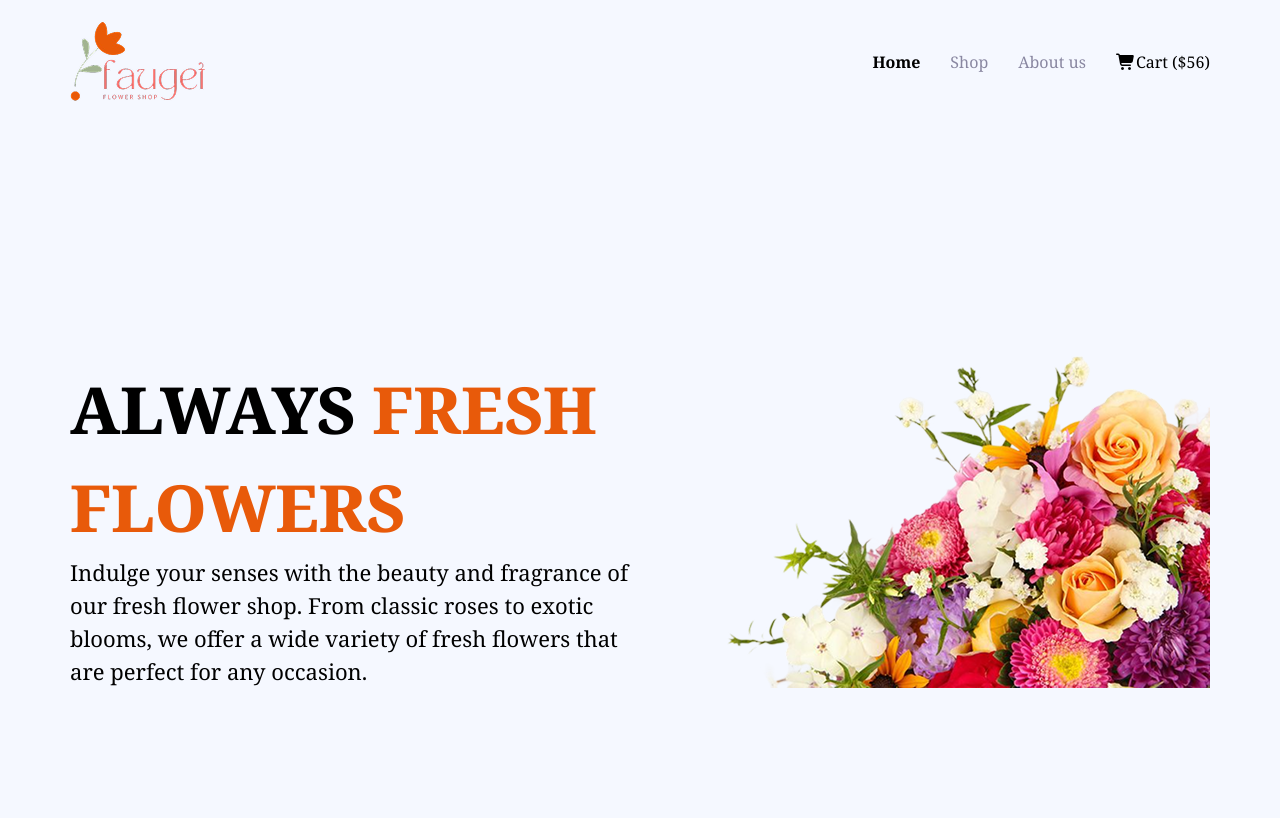
Repository: nahid-hasann/website-7
Page: index.html
An editor plug-in stored every save of this project. The page is shown before and after the next save, followed by the edit.
The browser window is 1280 px wide. The pictures show the whole page.
Some web libraries are served in a nearby version.

Above is the page before, as saved 2025-07-23 23:17:44.

### index.html
<!DOCTYPE html>
<html lang="en">
<head>
    <meta charset="UTF-8">
    <meta name="viewport" content="width=device-width, initial-scale=1.0">
     <script src="https://cdn.jsdelivr.net/npm/@tailwindcss/browser@4"></script>
    <title> website-7 </title>
    <link rel="stylesheet" href="style.css">
    <link rel="stylesheet" href="https://cdnjs.cloudflare.com/ajax/libs/font-awesome/7.0.0/css/all.min.css" integrity="sha512-DxV+EoADOkOygM4IR9yXP8Sb2qwgidEmeqAEmDKIOfPRQZOWbXCzLC6vjbZyy0vPisbH2SyW27+ddLVCN+OMzQ==" crossorigin="anonymous" referrerpolicy="no-referrer" />
   <link rel="preconnect" href="https://fonts.googleapis.com">
<link rel="preconnect" href="https://fonts.gstatic.com" crossorigin>
<link href="https://fonts.googleapis.com/css2?family=Noto+Serif:ital,wght@0,100..900;1,100..900&display=swap" rel="stylesheet">
</head>
<body class="noto-serif-nahid">


    <header>
        <nav>
            <div class="nav-logo">
                <img src="assets/logo.png" alt="">
            </div>
            <div class="nav-menu">
                <ul>
                    <li class="ul-li" style="color: black; font-weight: bold;">Home</li>
                    <li class="ul-li" >Shop</li>
                    <li class="ul-li" >About us</li>
                    <li class="last-li" style="color: black;"><i class="fa-solid fa-cart-shopping"></i>Cart ($56)</li>
                </ul>
            </div>
        </nav>
    </header>

    <main class="main">

        <section class="banner">
            <div class="banner-section">
                <div class="banner-description">
                    <h1>ALWAYS <span style="color: #e85a0a;">FRESH <br> FLOWERS</span></h1>
                    <p>Indulge your senses with the beauty and fragrance of our fresh flower shop. From classic roses to exotic blooms, we offer a wide variety of fresh flowers that are perfect for any occasion.  </p>
                </div>
                <div class="banner-img">
                    <img src="assets/hero-flower.png" alt="">
                </div>
            </div>
        </section>

    </main>




</body>
</html>

### style.css


*{
    margin: 0;
    padding: 0;
    box-sizing: border-box;
}


.noto-serif-nahid {
  font-family: "Noto Serif", serif;
  font-optical-sizing: auto;
  font-style: normal;
  font-variation-settings:
    "wdth" 100;
}

body{
    background-color: #f5f8ff;
}



/* header suru  */

header{
   margin: 20px auto;
   max-width: 1140px;
}

nav{
    display: flex;
    justify-content: space-between;
    align-items: center;
}

.nav-logo img{
    width: 100%;
}

.nav-menu ul{
     display: flex;
     gap: 30px;
     align-items: center;
     justify-content: center;
     margin: auto 0;
}

.nav-menu ul li{
    color: rgba(137, 135, 161, 1);
    font-weight: 400;
}


/* header sesh  */

.main{
    width: 1140px;
    margin: auto;
}

/* banner-section  */

.banner{
    margin: 230px 0 130px 0;
}

.banner-section{
     display: flex;
     align-items: end;
}

.banner-description{
    /* max-width: 500px; */
}

.banner-description h1{
    font-size: 65px;
    font-weight: 800;

}

.banner-description p{
    font-size: 22px;
    color: rgba(0, 0, 0, 0.5)000000;
}

.banner-img img{
    max-width: 570px;
}

/* banner-section  */





@media screen and (max-width:575px) {
    header{
        width: 100%;
    }

nav{
    margin:0 30px;

}

.nav-logo img{
    width: 63px;
}
    .ul-li{
        display: none;
    }

}

After the next save:
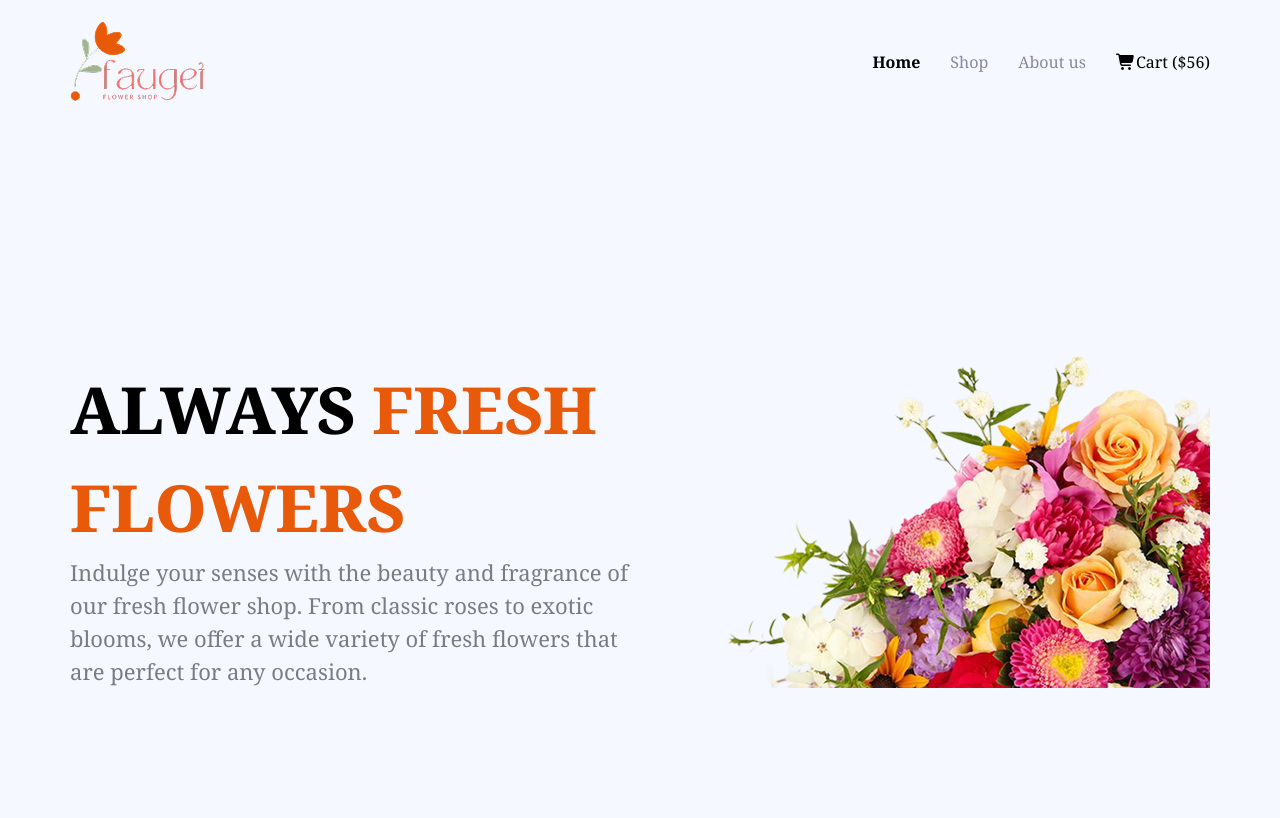
Saved 61 s later.
--- a/style.css
+++ b/style.css
@@ -82,7 +82,7 @@ nav{
 
 .banner-description p{
     font-size: 22px;
-    color: rgba(0, 0, 0, 0.5)000000;
+    color: #7b7c80;
 }
 
 .banner-img img{
